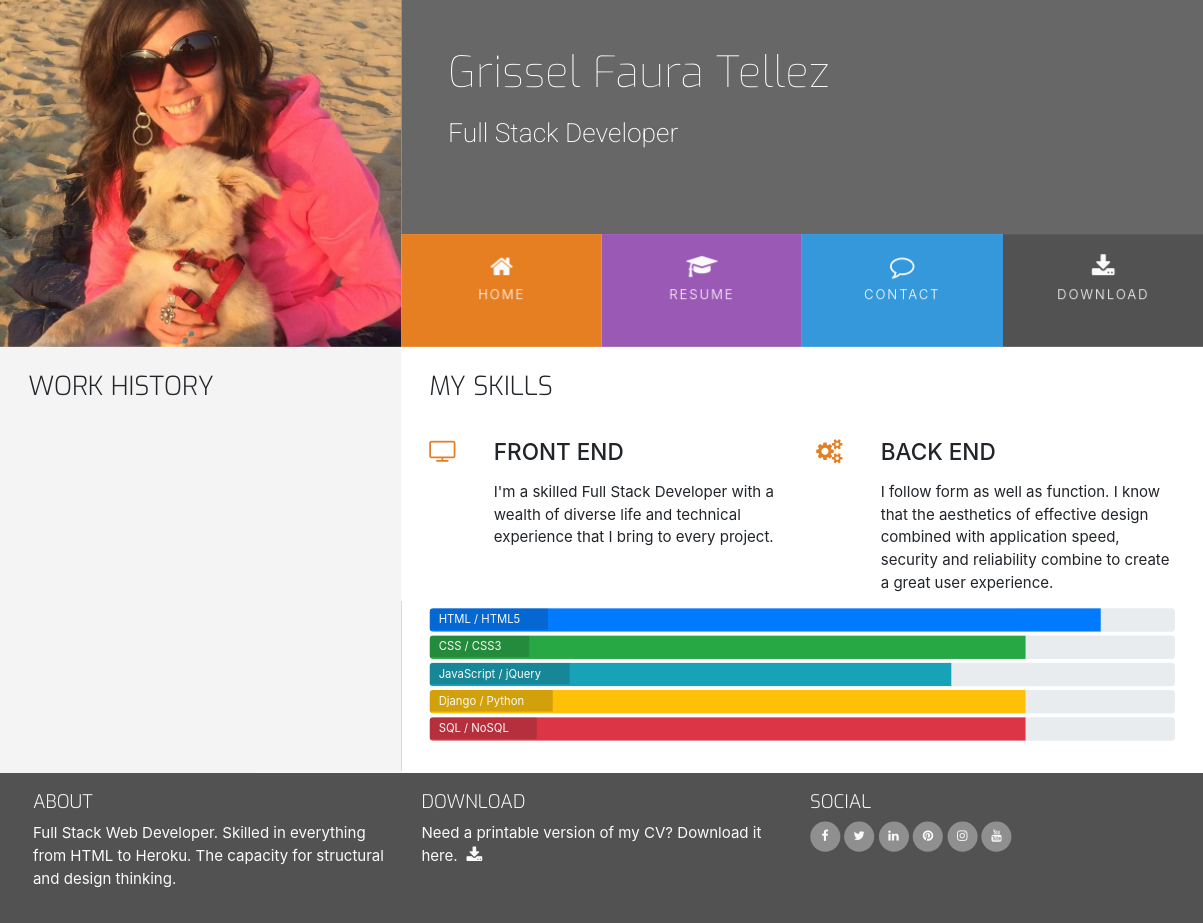
Repository: grisselfaura/Resume-Project-Introduction
Page: resume.html
The author's editor kept a record of every edit. The page is drawn from the files as they stood at one moment, then again after the next edit.
The browser window is 1280 px wide. The pictures show the whole page, at 94% of full size.

Above is the page before.

After the next edit:
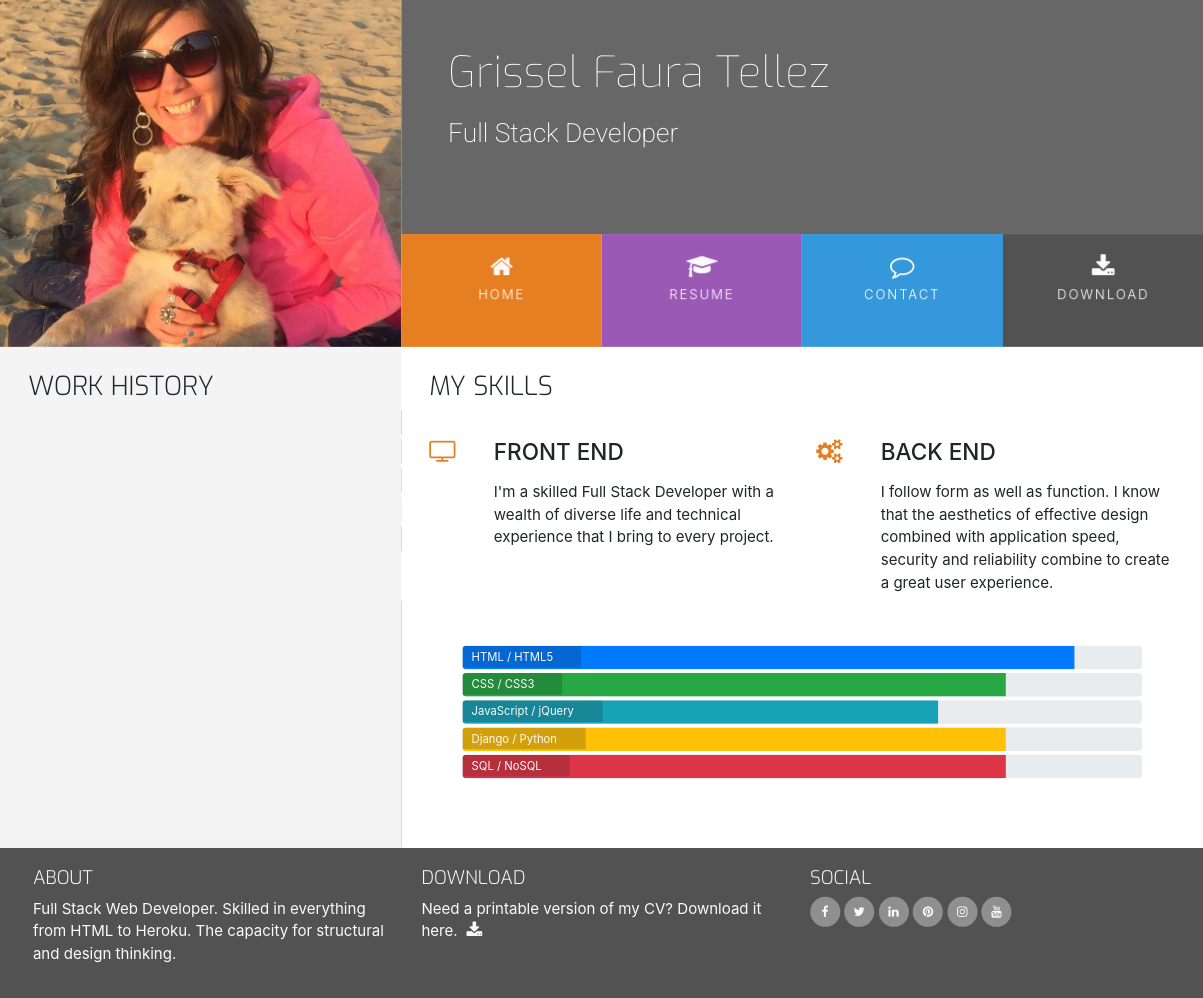
The edit:
--- a/resume.html
+++ b/resume.html
@@ -85,7 +85,7 @@
                         </div>
                     </div>
                 </div>
-                <div class="row">
+                <div class="row progress-section">
                     <div class="col">
                         <div class="progress">
                             <div class="progress-bar" role="progressbar" aria-valuenow="90" aria-valuemin="0" aria-valuemax="100" style="width:90%;">
